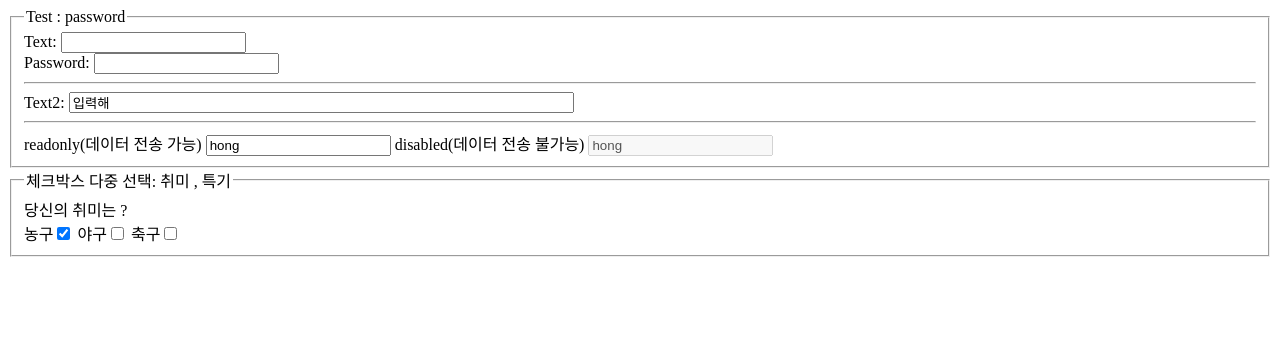
Repository: poomshen/team_03_project2
Page: WebBasic/WebContent/Ex18_Form_Input.html
The author's editor kept a copy of each file at every save. The page is drawn from the files as they stood at one save, then again after the next save.
The browser window is 1280 px wide. The pictures show the whole page.

Above is the page before, as saved 2016-08-29 02:52:46.

### WebBasic/WebContent/Ex18_Form_Input.html
<!DOCTYPE html>
<html>
<head>
<meta charset="UTF-8">
<title>(Form - input)</title>
</head>
<body>
	<form action="">
		<fieldset>
				<legend> Test : password</legend>
				<!-- 목적 : 입력데이터 전송 고유한 이름 name ="" -->
				Text: <input type="text" name="suerid"><br>
				Password: <input type="password"  name="userpwd" maxlength="5"><br>
				<hr>
				Text2:  <input type="text" name="data" maxlength="10" size="60px" value="입력해"><br>
				<hr>
				readonly(데이터 전송 가능)
				<input type="text" name ="data2" value="hong" readonly>
				disabled(데이터 전송 불가능)
				<input type="text" name ="data2" value="hong"  disabled="disabled">
		</fieldset>

		<fieldset>
			<legend>체크박스 다중 선택: 취미 , 특기</legend>
			당신의 취미는 ?  <br>
			농구<input type="checkbox" name="sports_1" value ="A" checked>
			야구<input type="checkbox" name="sports_2" value ="B">
			축구<input type="checkbox" name="sports_3" value ="C">
		</fieldset>
	</form>
</body>
</html>

After the next save:
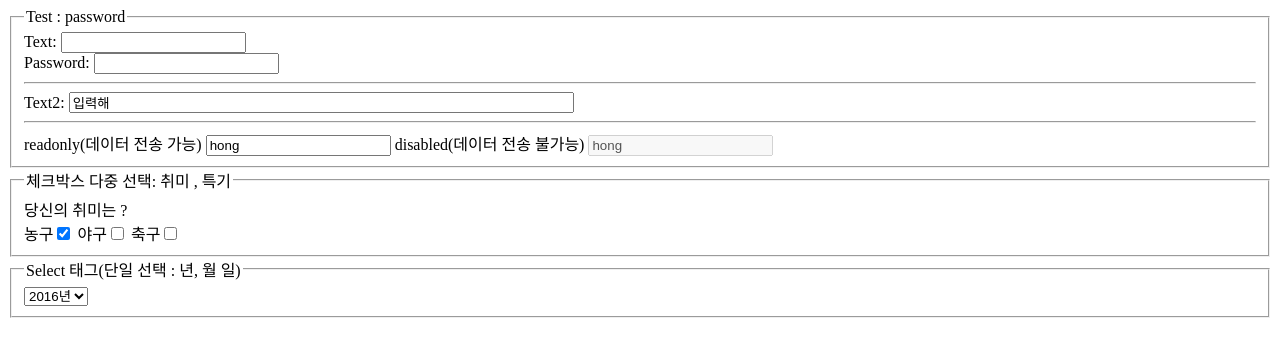
Saved 5 min 7 s later.
--- a/WebBasic/WebContent/Ex18_Form_Input.html
+++ b/WebBasic/WebContent/Ex18_Form_Input.html
@@ -23,10 +23,20 @@
 		<fieldset>
 			<legend>체크박스 다중 선택: 취미 , 특기</legend>
 			당신의 취미는 ?  <br>
+			<!--  -->
 			농구<input type="checkbox" name="sports_1" value ="A" checked>
 			야구<input type="checkbox" name="sports_2" value ="B">
 			축구<input type="checkbox" name="sports_3" value ="C">
 		</fieldset>
 	</form>
+	<fieldset>
+		<legend>Select 태그(단일 선택 : 년, 월 일)</legend>
+		<select  name="year">
+			<option value="2016">2016년</option>
+			<option value="2015">2015년</option>
+			<option value="2014">2014</option>
+			<option value="2013">2013</option>
+		</select>
+	</fieldset>
 </body>
 </html>
